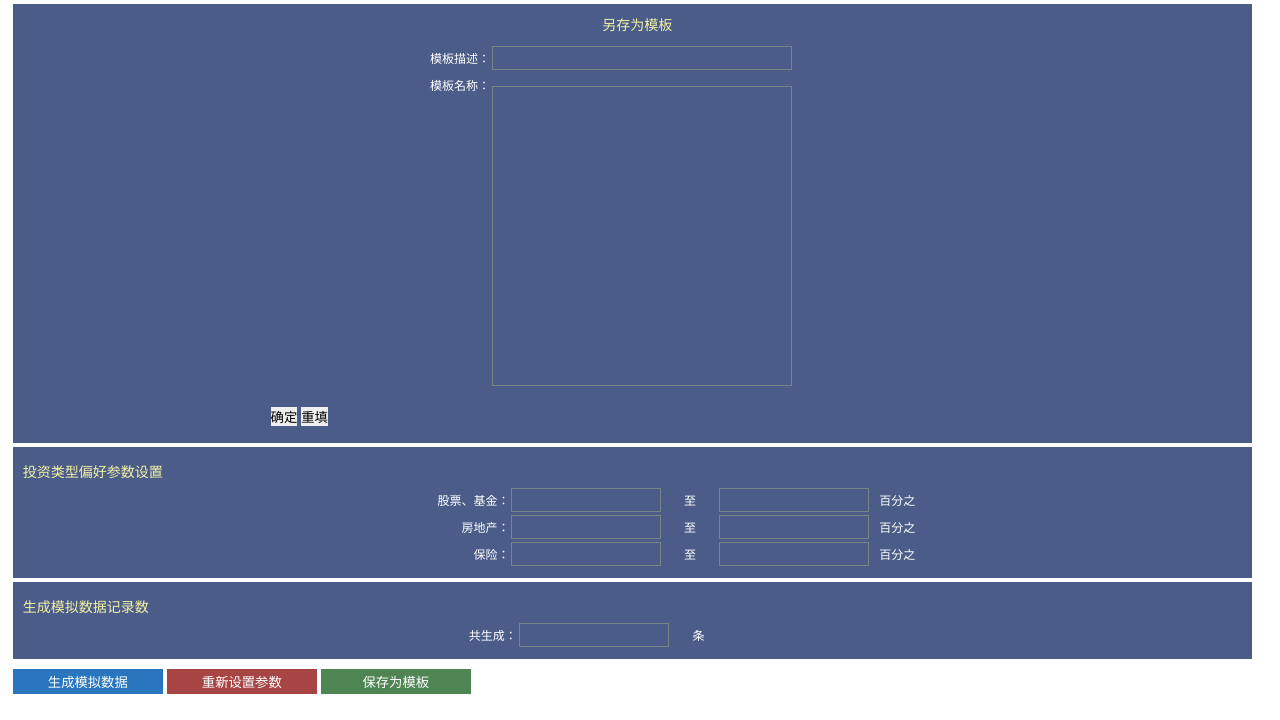
Repository: trieyouth/BigData
Page: http://localhost/BigData/WEB-INF/views/invesr-client-perference-analyse-system/data-collect/saveAsTemplate.jsp
The author's editor kept a copy of each file at every save. The page is drawn from the files as they stood at one save, then again after the next save.
The browser window is 1280 px wide. The pictures show the whole page.
The page is served by Tomcat 9. Nobody is signed in. The template is opened directly, without the code that normally fills it, so the values that code supplies are empty.

Above is the page before, as saved 2016-03-13 03:47:43.

After the next save:
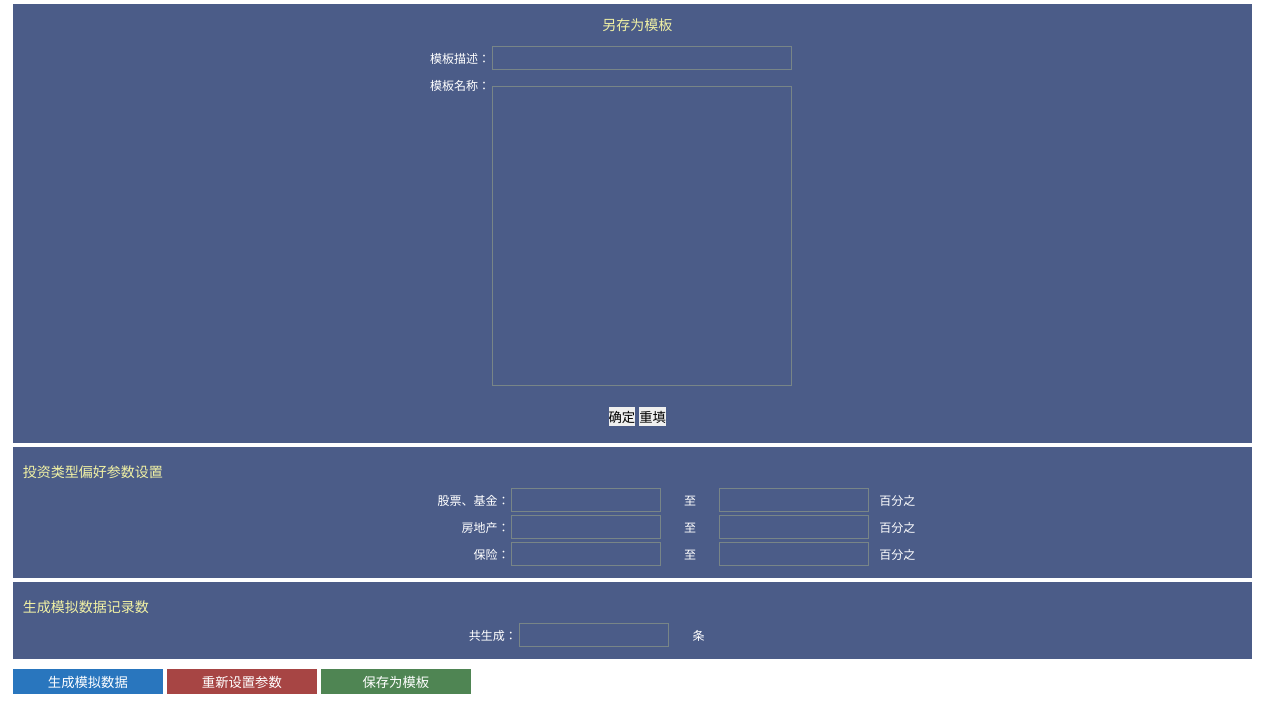
Saved 36 s later.
--- a/BigData/WebRoot/WEB-INF/views/invesr-client-perference-analyse-system/data-collect/saveAsTemplate.jsp
+++ b/BigData/WebRoot/WEB-INF/views/invesr-client-perference-analyse-system/data-collect/saveAsTemplate.jsp
@@ -57,9 +57,8 @@ String basePath = request.getScheme()+"://"+request.getServerName()+":"+request.
       </tr>
       <tr>
          <td style="height:300px;"></td>
-
       </tr>
-      <tr text-align="center">
+      <tr style="text-align:center;">
         <td colspan="2" style="height:30px">
         <input type="submit" value="确定">
         <input type="reset" value="重填">
